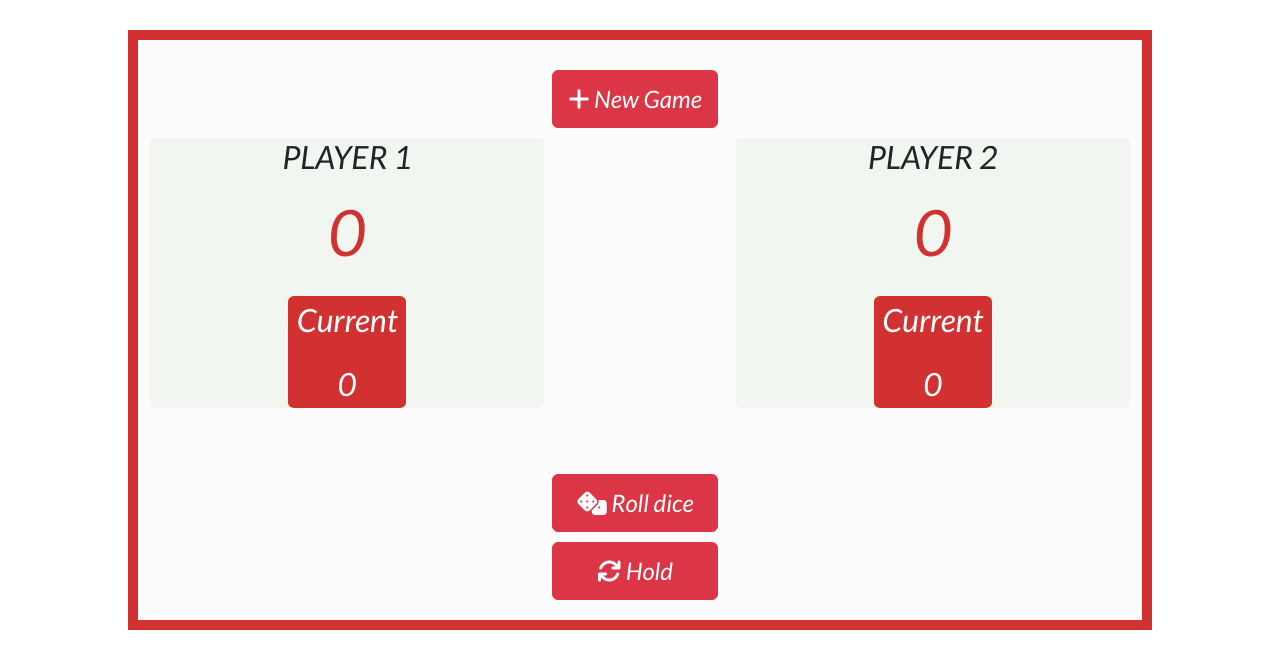
Repository: haifabilel/Eval_JAVASCRIPT
Page: index.html
These files come from the project's save history. The page is drawn as it stood at one moment and after the next save; the edit follows.
The browser window is 1280 px wide. The pictures show the whole page.
Some web libraries are served in a nearby version.

Above is the page before, as saved 2023-06-03 18:47:57.

After the next save:
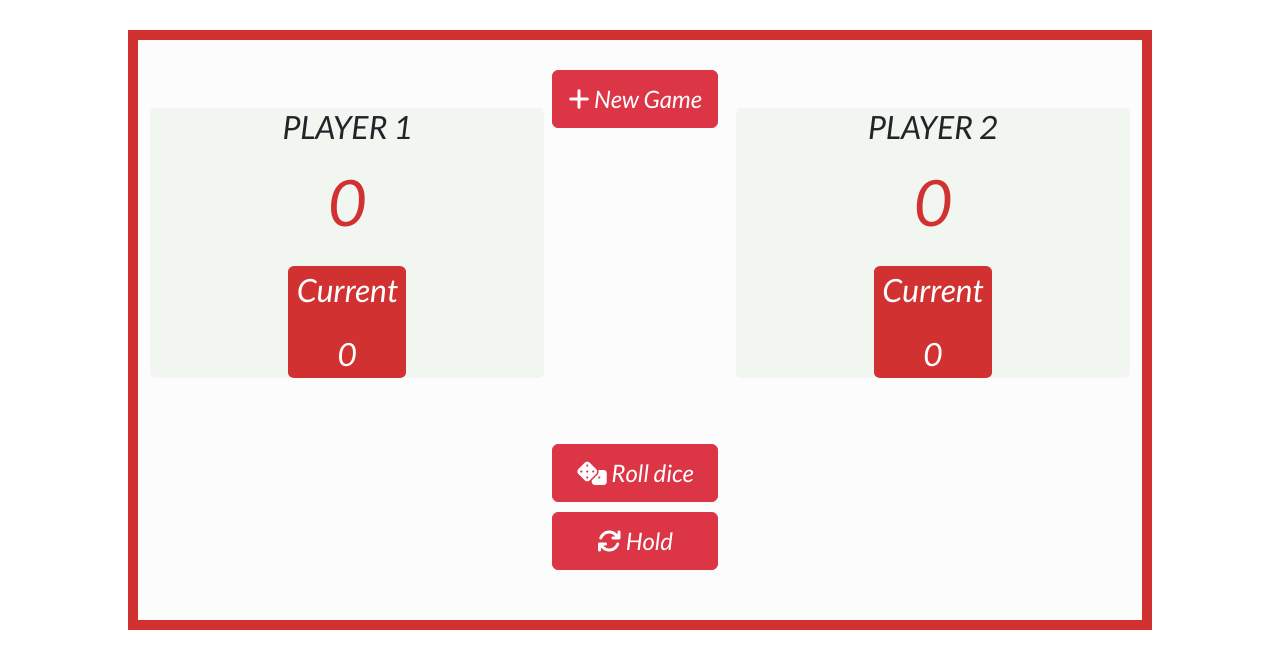
Saved 2 min 6 s later.
--- a/style.css
+++ b/style.css
@@ -15,7 +15,7 @@
 
 }
 .row{
-    margin-top:80px;
+    margin-top:50px;
 }
 /* Playerss */
 .player_0 , .player_1{

After the save that followed:
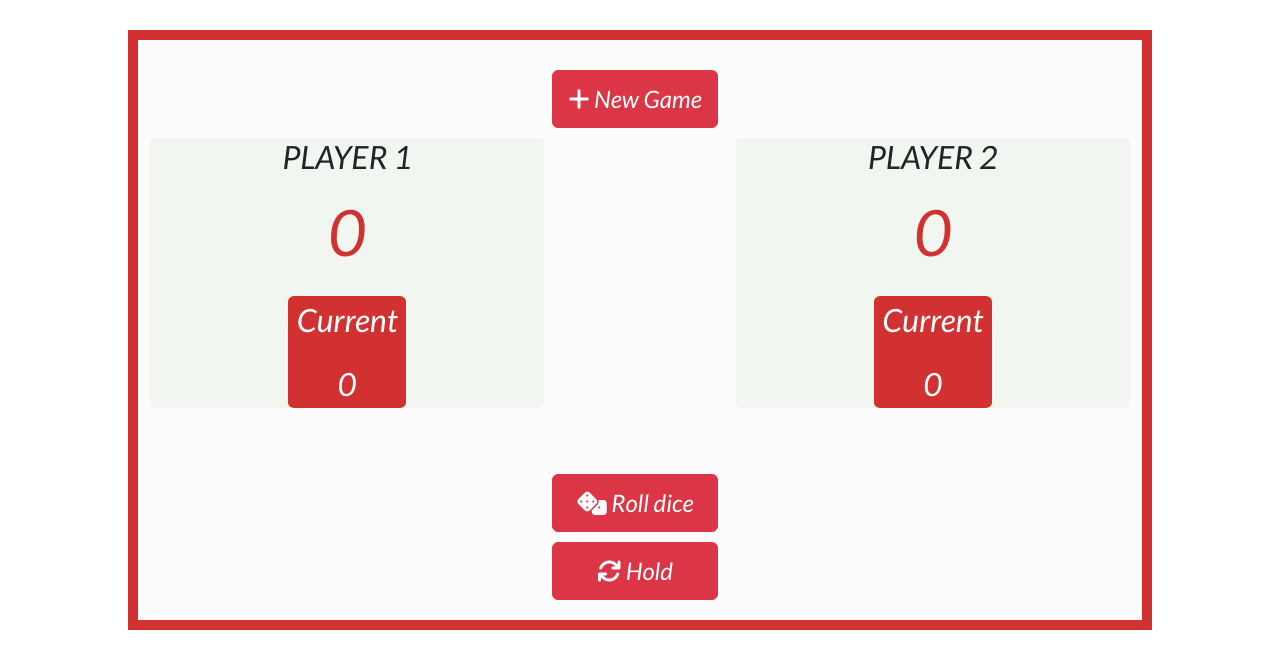
Saved 9 s later.
--- a/style.css
+++ b/style.css
@@ -15,7 +15,7 @@
 
 }
 .row{
-    margin-top:50px;
+    margin-top:80px;
 }
 /* Playerss */
 .player_0 , .player_1{
